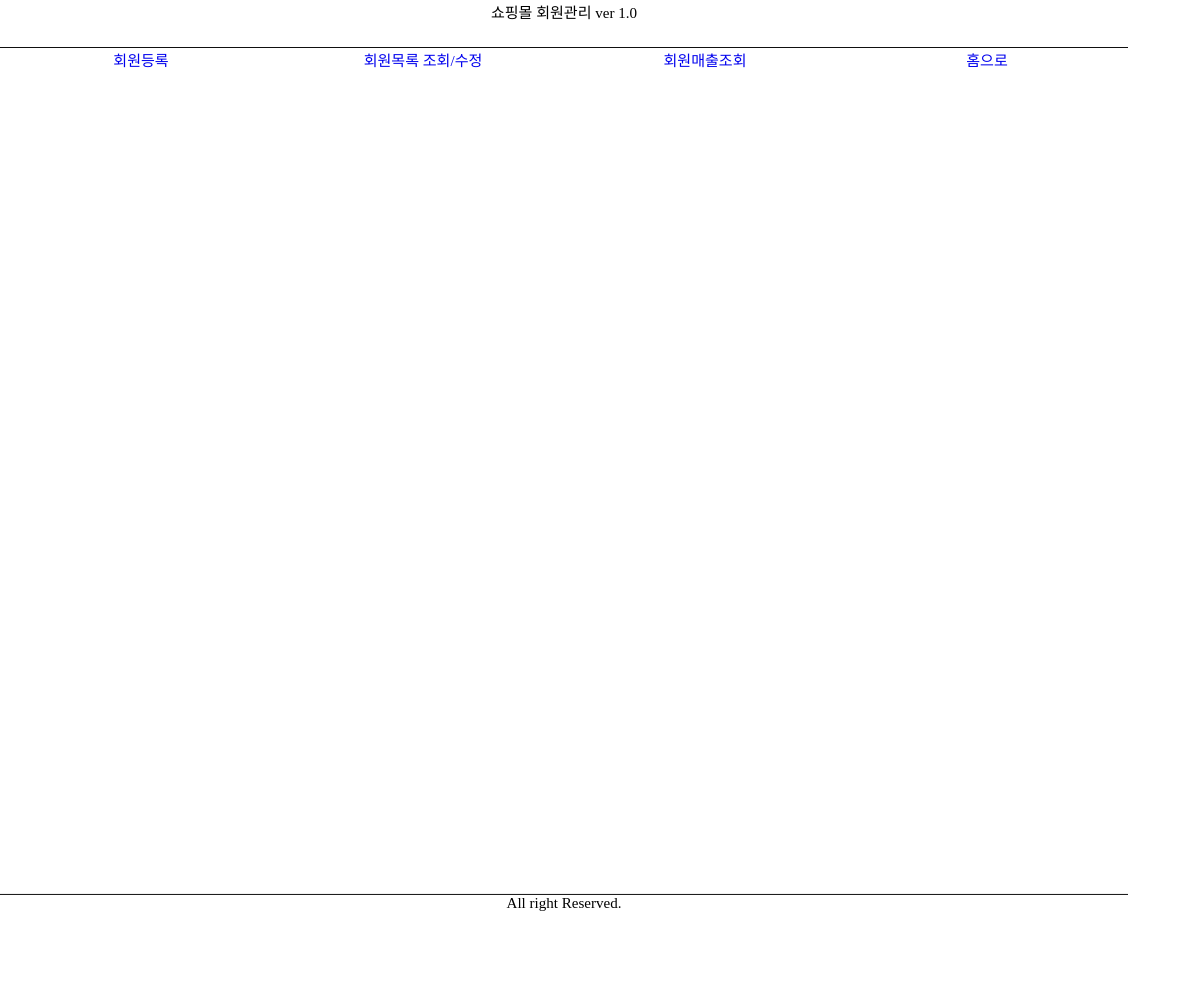
Repository: foodduck/HRD_exam
Page: http://localhost/HRD_1234/
An editor plug-in stored every save of this project. The page is shown before and after the next save, followed by the edit.
The browser window is 1280 px wide. The pictures show the whole page, at 94% of full size.
The page is served by Tomcat 9.

Above is the page before, as saved 2022-02-14 07:04:15.

After the next save:
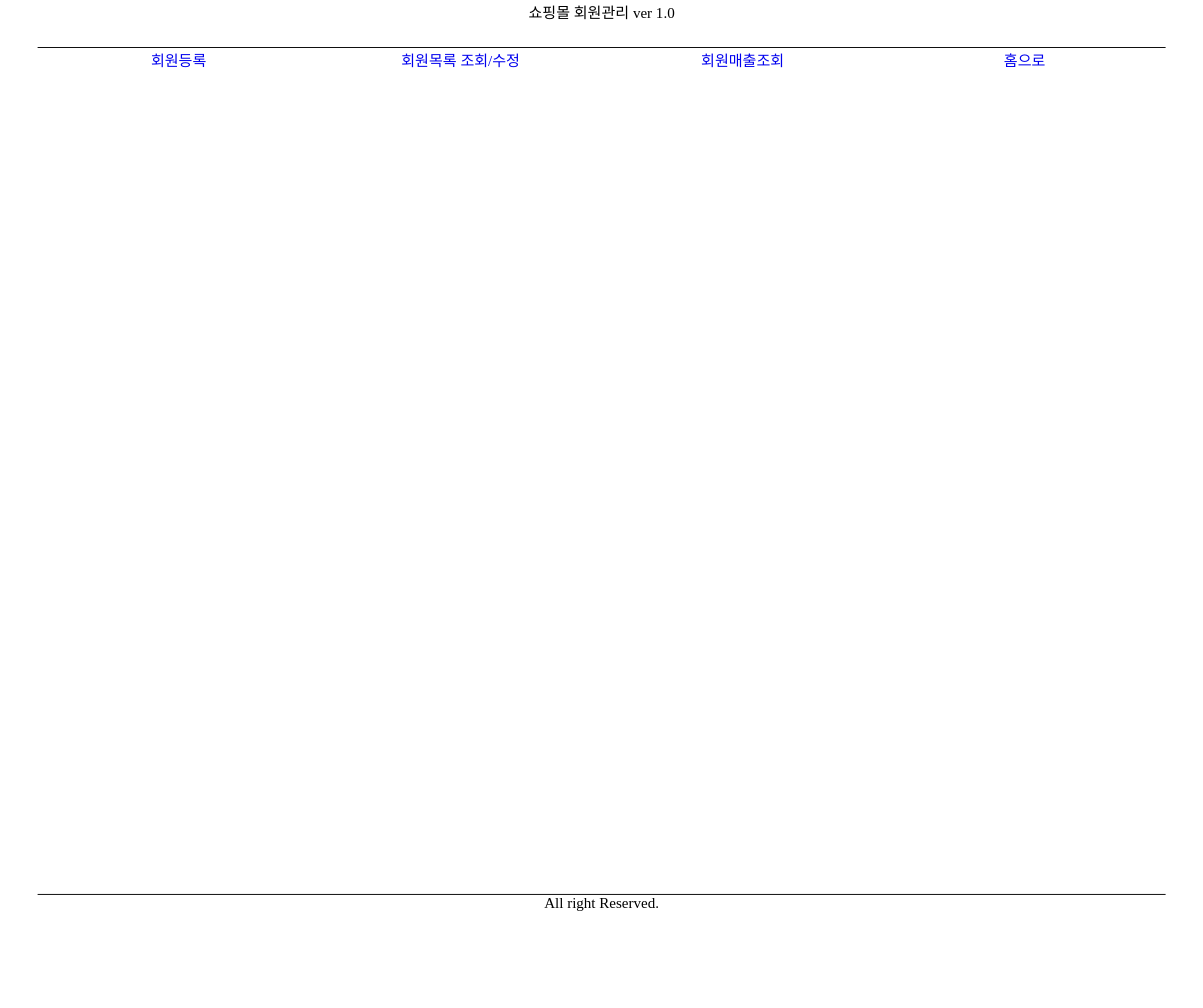
Saved 3 min 28 s later.
--- a/HRD_1234/WebContent/index.jsp
+++ b/HRD_1234/WebContent/index.jsp
@@ -10,7 +10,7 @@
 	body, html {width:100%}
 	ul {list-style:none;}
 	a {text-decoration:none;}
-	.wrap {width:1200px; clear:both;}
+	.wrap {margin: 0 auto; width:1200px; clear:both;}
 	p {text-align:center}
 
 	.hd {height:50px; width: 1200px; border-bottom:solid black 1px;}
